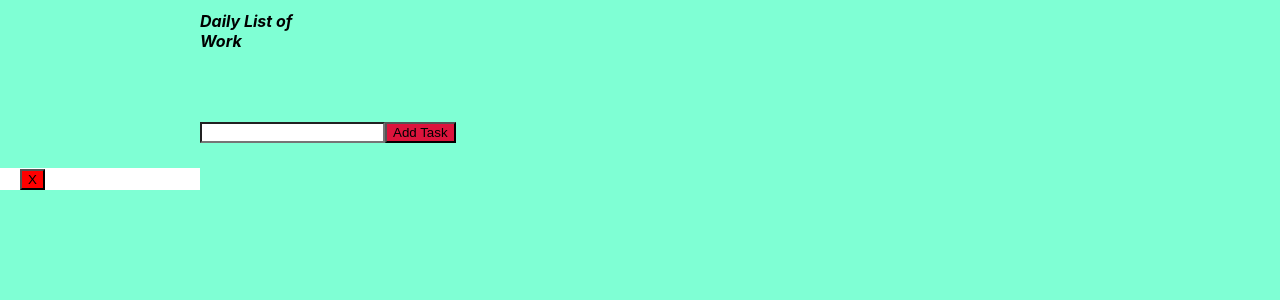
Repository: iamjayenmthakuri/todolist
Page: /, after clicking the first element matching `button.button`
These files come from the project's save history. The page is drawn as it stood at one moment and after the next save; the edit follows.
The browser window is 1280 px wide. The pictures show the whole page.
The project was rebuilt for these pictures with package versions that can differ from the ones it lists, and the page was loaded fresh each time.

Above is the page before, as saved 2022-09-19 10:38:11.

### src/App.js
import React from 'react';
import { useState } from 'react';
import "./App.css";

function App() {
  const [todoList, setTodoList] = useState([]);
  const [newTask, setNewTask] = useState("");

  const handleOnChange = (event) => {
    setNewTask(event.target.value)
  };

  const addTask = () => {
    const task = {
      id: todoList.length === 0 ? 1 : todoList[todoList.length - 1].id + 1,
      taskName: newTask,
    }
    setTodoList([...todoList, task]);
  };

  const deleteTask = (id) => {
    setTodoList(todoList.filter((task) => task.id !== id));
  };
  return (
    <div>
      <div><h1 className='title'>Daily List of Work</h1>

      <input  className='input' onChange={handleOnChange} />
      <button className='button' onClick={addTask}>Add Task</button>
      {todoList.map((task) => {
        return (
          <div className='container'>
            <h6 className='hig'>{task.taskName}</h6>

            <button className='bt' onClick={() => deleteTask(task.id)}>X</button>

            </div>
        );
      })}
    </div>
    </div>
  );
}

export default App;

### src/App.css
body{
  background-color: aquamarine;
  display:grid;
  background-position: center;
  position: absolute;
}
.title{
  height: 100px;
  width: 110px;
  font-size: medium;
  font-weight: bold;
  font-style: italic;
  background-position: center;
  transform: translate(200px);
}
.container{
  background-color: white;
  height:max-content;
  width:200px;
  margin-bottom: auto;
  margin-top: auto;
}
hig{
  background-color: white;
  margin-bottom: auto;
  margin-top: auto;
}


.bt{
  background-color: red;
  height: min-content;
  width: min-content;
  margin: auto;
  transform: translate(20px);
  size: 5px;
}
.input{
  background-color: white;
  height: max-content;
  width: max-content;
  transform: translate(200px);
}
.button{
  background-color:crimson;
  height: max-content;
  width: max-content;
  transform: translate(200px);
}

Loaded but not shown: public/index.html (common file); src/index.js (common file); src/index.css (common file); src/reportWebVitals.js (common file)

After the next save:
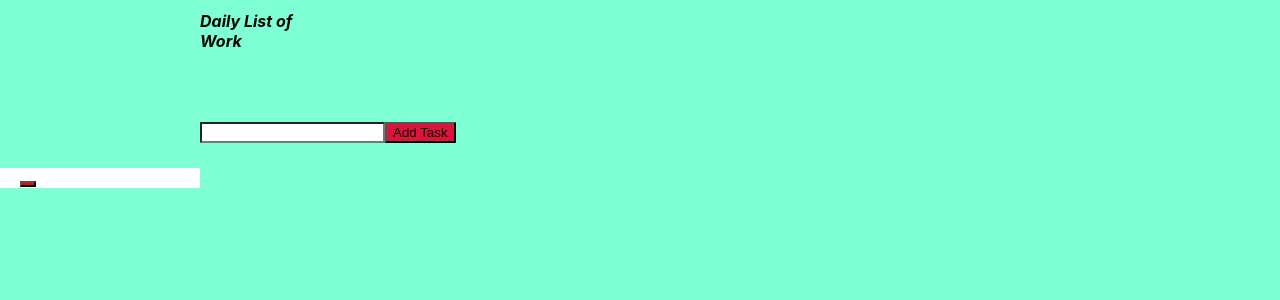
Saved 108 s later.
--- a/src/App.js
+++ b/src/App.js
@@ -32,7 +32,7 @@
           <div className='container'>
             <h6 className='hig'>{task.taskName}</h6>
 
-            <button className='bt' onClick={() => deleteTask(task.id)}>X</button>
+            <button className='bt' onClick={() => deleteTask(task.id)} X />
 
             </div>
         );

After the save that followed:
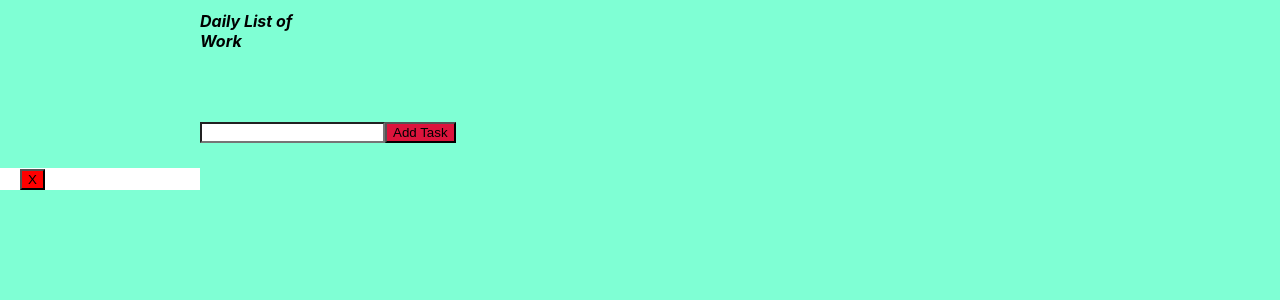
Saved 43 s later.
--- a/src/App.js
+++ b/src/App.js
@@ -30,9 +30,9 @@
       {todoList.map((task) => {
         return (
           <div className='container'>
-            <h6 className='hig'>{task.taskName}</h6>
+            <h6>{task.taskName}</h6>
 
-            <button className='bt' onClick={() => deleteTask(task.id)} X />
+            <button className='bt' onClick={() => deleteTask(task.id)}>X</button>
 
             </div>
         );
